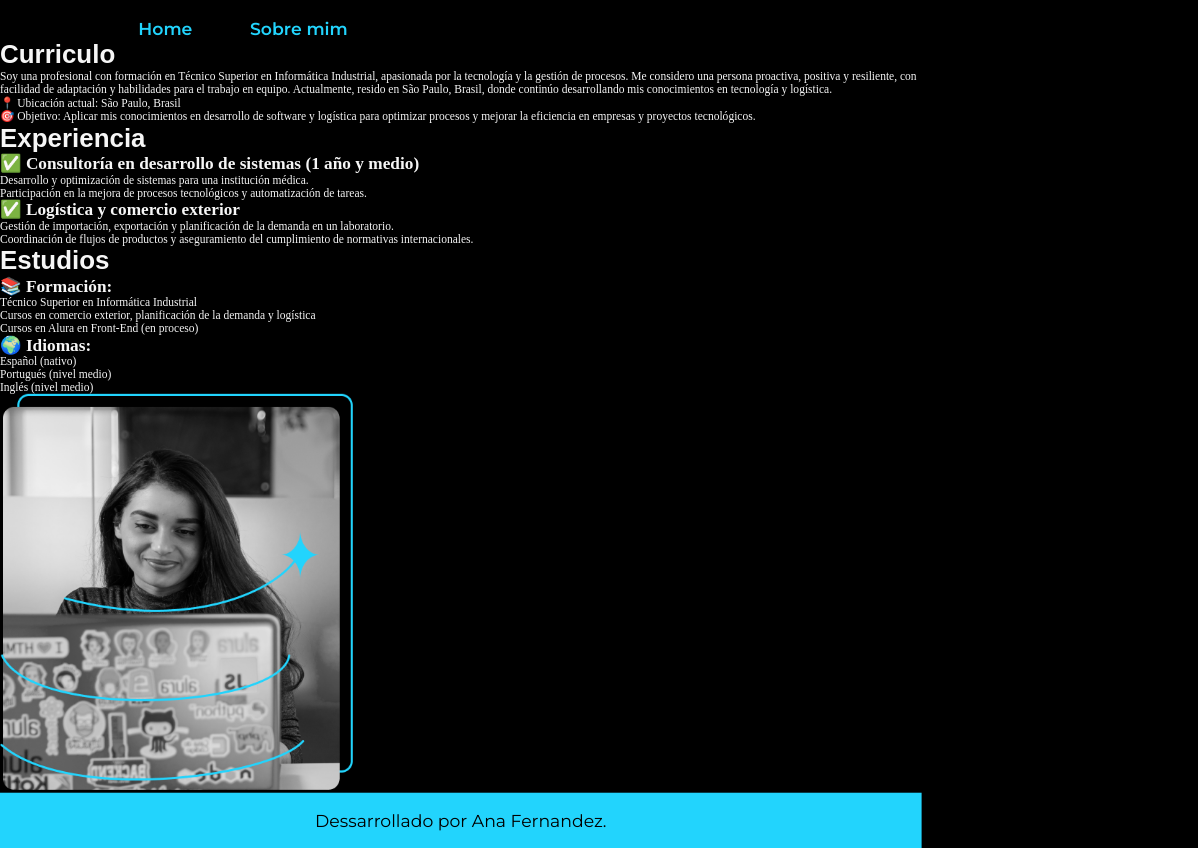
Repository: AnaFzCz/Portifolio-HTML-CSS-dinamico
Page: about.html
These files come from the project's save history. The page is drawn as it stood at one moment and after the next save; the edit follows.
The browser window is 1280 px wide. The page is 1280 px wide, then 1664 px, so the pictures cover 1664 px, including what lies to the right of the window. The pictures show the whole page, at 72% of full size.
Some web fonts or font styles are not loaded; a fallback is used.

Above is the page before, as saved 2025-02-10 10:09:50.

After the next save:
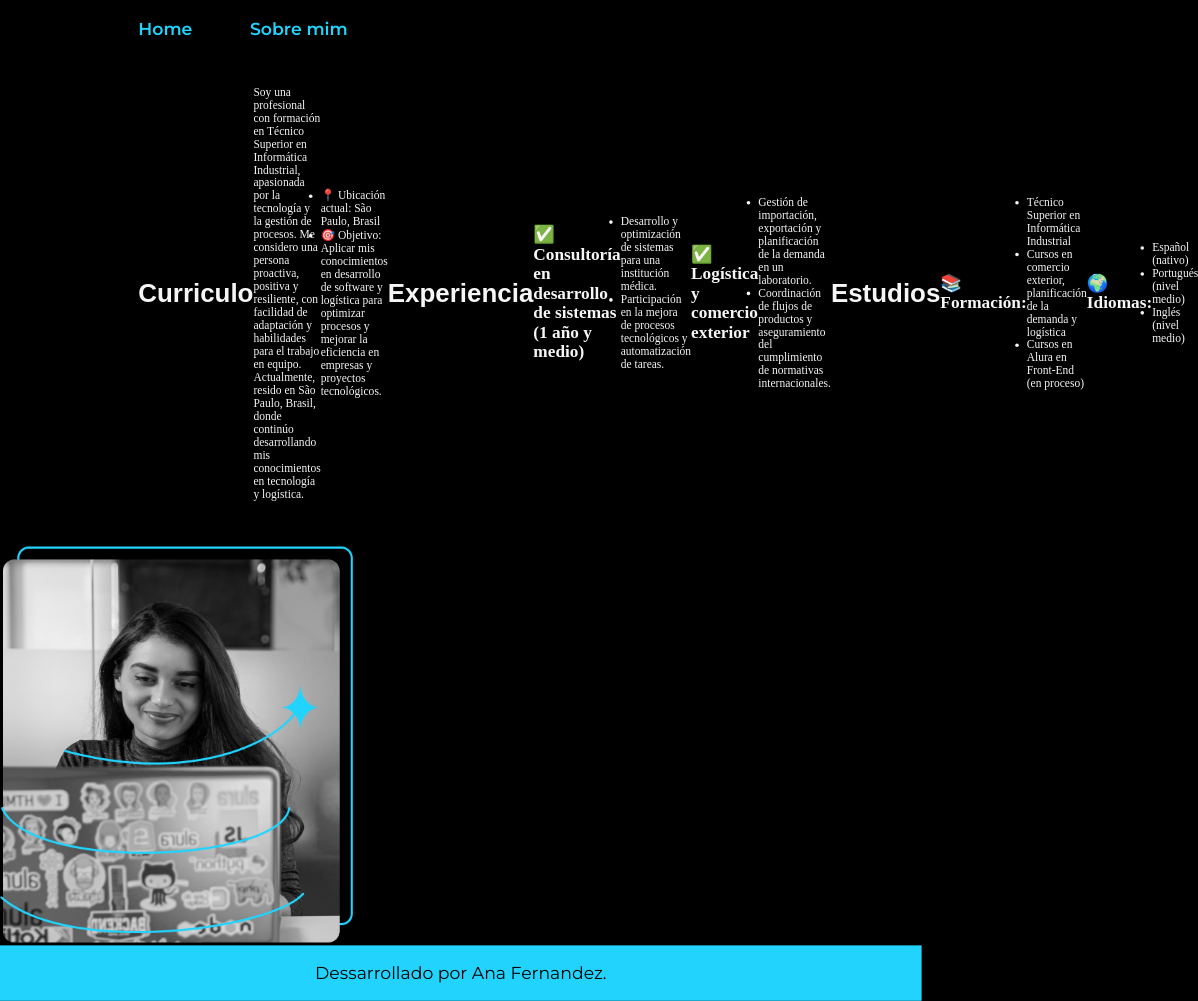
Saved 21 s later.
--- a/about.html
+++ b/about.html
@@ -18,7 +18,7 @@
     </header>
     <main>
 
-        <section class="">
+        <section class="apresentacao">
 
             <h1 class="apresentacao__conteudo__titulo">Curriculo</h1>
             <p>Soy una profesional con formación en Técnico Superior en Informática Industrial, apasionada por la
